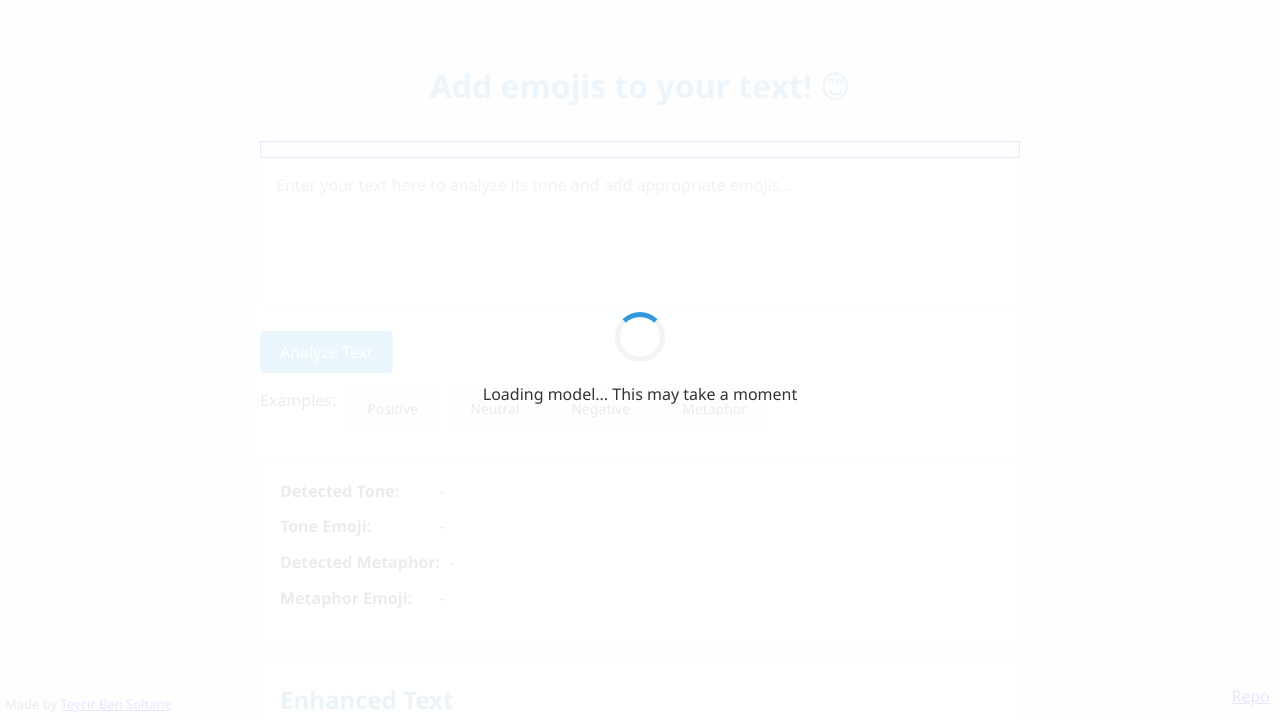
Repository: Teycir/emojiadder
Page: index.html
These files come from the project's save history. The page is drawn as it stood at one moment and after the next save; the edit follows.
The browser window is 1280 px wide. The pictures show the window.
A layer covers the whole window, so only the first screen is drawn.

Above is the page before, as saved 2025-03-23 11:54:50.

### index.html
<!DOCTYPE html>
<html lang="en">
<head>
    <meta charset="UTF-8">
    <meta name="viewport" content="width=device-width, initial-scale=1.0">
    <title>Text Tone Detector</title>
    <link rel="stylesheet" href="styles.css">
</head>
<body>
    <div class="container">
        <h1>Add emojis to your text! 😊</h1>
        <div style="border: 1px solid rgb(34, 0, 255);"> <!-- Added border for visualization -->
            <h2><center><We respect privacy your text stays in the browser</center></h2>
          </div>        <div class="input-section">
            <textarea id="text-input" placeholder="Enter your text here to analyze its tone and add appropriate emojis..."></textarea>
            <button id="analyze-btn">Analyze Text</button>
            <div class="examples">
                <p>Examples:</p>
                <button class="example-btn" data-text="I'm so happy with the results! This is amazing.">Positive</button>
                <button class="example-btn" data-text="This is just okay, nothing special.">Neutral</button>
                <button class="example-btn" data-text="I'm really disappointed with this service.">Negative</button>
                <button class="example-btn" data-text="The journey to success is like climbing a mountain.">Metaphor</button>
            </div>
        </div>

        <div class="result-section">
            <div class="result-card">
                <div class="result-item">
                    <div class="label">Detected Tone:</div>
                    <div id="tone-result" class="value">-</div>
                </div>
                <div class="result-item">
                    <div class="label">Tone Emoji:</div>
                    <div id="tone-emoji" class="value">-</div>
                </div>
                <div class="result-item">
                    <div class="label">Detected Metaphor:</div>
                    <div id="metaphor-result" class="value">-</div>
                </div>
                <div class="result-item">
                    <div class="label">Metaphor Emoji:</div>
                    <div id="metaphor-emoji" class="value">-</div>
                </div>
            </div>
            <div class="enhanced-text-card">
                <h2>Enhanced Text</h2>
                <div id="enhanced-text-result">-</div>
            </div>
        </div>

        <div class="loader-container" id="loader">
            <div class="loader"></div>
            <p>Loading model... This may take a moment</p>
        </div>
    </div>

    <!-- Note the type="module" to use ES modules (modules are deferred by default) -->
    <script type="module" src="./script.js"></script>
<div style="position: fixed; bottom: 0; left: 0; font-size: small; margin: 5px;">
  Made by <a href="https://www.teycirbensoltane.tn">Teycir Ben Soltane</a>
</div>
<a href="https://github.com/Teycir/emojiadder" style="position: fixed; bottom: 10px; right: 10px;">Repo</a>
</body>
</html>

### styles.css
* {
    margin: 0;
    padding: 0;
    box-sizing: border-box;
    font-family: 'Segoe UI', Tahoma, Geneva, Verdana, sans-serif;
}

body {
    background-color: #f5f7fa;
    color: #333;
    line-height: 1.6;
}

.container {
    max-width: 800px;
    margin: 40px auto;
    padding: 20px;
}

h1 {
    text-align: center;
    margin-bottom: 30px;
    color: #3498db;
}

h2 {
    color: #2980b9;
    margin-bottom: 15px;
}

.input-section {
    margin-bottom: 30px;
}

textarea {
    width: 100%;
    height: 150px;
    padding: 15px;
    border: 1px solid #ddd;
    border-radius: 8px;
    resize: none;
    font-size: 16px;
    margin-bottom: 15px;
    transition: border 0.3s;
}

textarea:focus {
    outline: none;
    border-color: #3498db;
}

button {
    background-color: #3498db;
    color: white;
    border: none;
    padding: 10px 20px;
    border-radius: 5px;
    cursor: pointer;
    font-size: 16px;
    transition: background-color 0.3s;
}

button:hover {
    background-color: #2980b9;
}

button:disabled {
    background-color: #95a5a6;
    cursor: not-allowed;
}

.result-section {
    display: flex;
    flex-direction: column;
    gap: 20px;
    margin-bottom: 30px;
}

.result-card, .enhanced-text-card {
    background-color: white;
    border-radius: 8px;
    padding: 20px;
    box-shadow: 0 4px 6px rgba(0, 0, 0, 0.1);
}

.result-item {
    margin-bottom: 10px;
    display: flex;
    align-items: center;
}

.label {
    font-weight: bold;
    margin-right: 10px;
    min-width: 150px;
}

#enhanced-text-result {
    padding: 15px;
    background-color: #f9f9f9;
    border-radius: 5px;
    font-size: 18px;
    min-height: 60px;
    line-height: 1.5;
}

.examples-section {
    margin-top: 30px;
}

.examples {
    display: flex;
    flex-wrap: wrap;
    gap: 10px;
    margin-top: 15px;
}

.example-btn {
    background-color: #f0f0f0;
    color: #333;
    border: 1px solid #ddd;
    font-size: 14px;
}

.example-btn:hover {
    background-color: #e0e0e0;
}

/* Tone colors */
.positive {
    color: #27ae60;
}

.neutral {
    color: #f39c12;
}

.negative {
    color: #e74c3c;
}

/* Loader Styles */
.loader-container {
    position: fixed;
    top: 0;
    left: 0;
    width: 100%;
    height: 100%;
    background-color: rgba(255, 255, 255, 0.9);
    display: flex;
    flex-direction: column;
    justify-content: center;
    align-items: center;
    z-index: 1000;
}

.loader {
    border: 5px solid #f3f3f3;
    border-top: 5px solid #3498db;
    border-radius: 50%;
    width: 50px;
    height: 50px;
    animation: spin 1s linear infinite;
    margin-bottom: 20px;
}

@keyframes spin {
    0% { transform: rotate(0deg); }
    100% { transform: rotate(360deg); }
}

/* Responsive design */
@media (max-width: 600px) {
    .container {
        padding: 15px;
        margin: 20px auto;
    }

    .result-item {
        flex-direction: column;
        align-items: flex-start;
    }

    .label {
        margin-bottom: 5px;
    }

    .examples {
        flex-direction: column;
    }
}

### script.js
import TextToneDetector from './TextToneDetector.js';

// DOM event listeners
document.addEventListener('DOMContentLoaded', () => {
  console.log('DOM content loaded, initializing application');

  // DOM elements
  const textInput = document.getElementById('text-input');
  const analyzeBtn = document.getElementById('analyze-btn');
  const toneResult = document.getElementById('tone-result');
  const toneEmoji = document.getElementById('tone-emoji');
  const metaphorResult = document.getElementById('metaphor-result');
  const metaphorEmoji = document.getElementById('metaphor-emoji');
  const enhancedTextResult = document.getElementById('enhanced-text-result');
  const exampleBtns = document.querySelectorAll('.example-btn');
  const loader = document.getElementById('loader');

  // Disable analyze button until model loads
  analyzeBtn.disabled = true;

  // Make sure the loader is visible
  loader.style.display = 'flex';

  // Create detector instance
  console.log('Creating TextToneDetector instance');
  const toneDetector = new TextToneDetector();

  // Add event listener to limit textarea to 400 lines and alert if exceeded
  textInput.addEventListener('input', function() {
    const lines = this.value.split('\n');
    if (lines.length > 400) {
      alert("400 max lines allowed!");
      this.value = lines.slice(0, 400).join('\n');
    }
  });

  // Analyze text function
  async function analyzeText() {
    const text = textInput.value.trim();

    if (!text) {
      alert('Please enter some text to analyze.');
      return;
    }

    // Show loading indicator
    analyzeBtn.disabled = true;
    analyzeBtn.textContent = 'Analyzing...';

    try {
      const result = await toneDetector.analyze(text);

      // Display results
      toneResult.textContent = result.tone.charAt(0).toUpperCase() + result.tone.slice(1);
      toneResult.className = result.tone;

      toneEmoji.textContent = result.toneEmoji || 'None';

      metaphorResult.textContent = result.metaphor
        ? result.metaphor.charAt(0).toUpperCase() + result.metaphor.slice(1)
        : 'None detected';

      metaphorEmoji.textContent = result.metaphorEmoji || 'None';

      enhancedTextResult.textContent = result.enhancedText;
    } catch (error) {
      console.error('Error in analysis:', error);
      enhancedTextResult.textContent = 'An error occurred during analysis. Please try again.';
    } finally {
      // Reset button
      analyzeBtn.disabled = false;
      analyzeBtn.textContent = 'Analyze Text';
    }
  }

  // Event listeners
  analyzeBtn.addEventListener('click', analyzeText);

  textInput.addEventListener('keydown', function(e) {
    if (e.key === 'Enter' && e.ctrlKey) {
      analyzeText();
    }
  });

  // Example buttons
  exampleBtns.forEach(btn => {
    btn.addEventListener('click', function() {
      const exampleText = this.getAttribute('data-text');
      textInput.value = exampleText;
      analyzeText();
    });
  });

  // Initial instructions
  enhancedTextResult.textContent = 'Enter text and click "Analyze Text" to see the enhanced result with emojis.';
});

### TextToneDetector.js
import SentimentModel from './models/SentimentModel.js';
import MetaphorUtils from './utils/MetaphorUtils.js';
import EmojiUtils from './utils/EmojiUtils.js';

/**
 * Main class for text tone detection
 */
class TextToneDetector {
  constructor() {
    console.log('TextToneDetector constructor called');

    // Initialize components
    this.sentimentModel = new SentimentModel();
    this.metaphorUtils = new MetaphorUtils();
    this.emojiUtils = new EmojiUtils();

    // Model loading status
    this.isModelLoaded = false;

    // Initialize model
    this.initializeModel();
  }

  async initializeModel() {
    try {
      console.log('TextToneDetector: Initializing sentiment model');
      await this.sentimentModel.initialize();
      this.isModelLoaded = true;

      console.log('TextToneDetector: Model loaded successfully');

      // Hide loader when model is loaded
      const loader = document.getElementById('loader');
      if (loader) {
        loader.style.display = 'none';
        console.log('Loader hidden');
      } else {
        console.warn('Loader element not found');
      }

      // Enable analyze button
      const analyzeBtn = document.getElementById('analyze-btn');
      if (analyzeBtn) {
        analyzeBtn.disabled = false;
        console.log('Analyze button enabled');
      } else {
        console.warn('Analyze button not found');
      }
    } catch (error) {
      console.error('Error initializing model:', error);

      // Show error in the UI
      const loader = document.getElementById('loader');
      if (loader) {
        loader.innerHTML = `
          <div class="error">
            <p>Error loading model: ${error.message}</p>
            <p>Please refresh the page to try again.</p>
          </div>
        `;
      }
    }
  }

  // Analyze text and return tone with emojis
  async analyze(text) {
    if (!this.isModelLoaded) {
      return {
        originalText: text,
        tone: 'unknown',
        toneEmoji: '',
        metaphor: null,
        metaphorEmoji: '',
        enhancedText: text
      };
    }

    try {
      // Split text into paragraphs
      const paragraphs = text.split(/\n+/);
      let enhancedParagraphs = [];

      for (const paragraph of paragraphs) {
        if (!paragraph.trim()) {
          enhancedParagraphs.push('');
          continue;
        }

        // Split paragraph into sentences
        // This regex matches sentence endings: period, question mark, or exclamation mark followed by a space or end of string
        const sentences = paragraph.match(/[^.!?]+[.!?]+(\s|$)/g) || [paragraph];
        let enhancedParagraph = '';

        for (const sentence of sentences) {
          // Get sentiment from model for each sentence
          const sentimentOutput = await this.sentimentModel.analyze(sentence);

          // Determine tone based on model output
          let tone;
          if (sentimentOutput.label === 'POSITIVE') {
            tone = 'positive';
          } else if (sentimentOutput.label === 'NEGATIVE') {
            tone = 'negative';
          } else {
            tone = 'neutral';
          }

          // Find metaphors in sentence
          const words = sentence.toLowerCase().split(/\s+/);
          const metaphor = this.metaphorUtils.findMetaphor(words);

          // Get emojis for tone and metaphor
          const toneEmoji = this.emojiUtils.getToneEmoji(tone);
          const metaphorEmoji = this.emojiUtils.getMetaphorEmoji(metaphor);

          // Add emoji after the sentence's ending punctuation but before any trailing space
          const emojiString = `${toneEmoji} ${metaphorEmoji}`.trim();
          // This regex captures the end punctuation and any trailing space
          const enhancedSentence = sentence.replace(/([.!?]+)(\s|$)/, `$1 ${emojiString}$2`);
          enhancedParagraph += enhancedSentence;
        }

        enhancedParagraphs.push(enhancedParagraph);
      }

      const enhancedText = enhancedParagraphs.join('\n');

      // For the overall tone and metaphor, analyze the complete text
      const overallSentimentOutput = await this.sentimentModel.analyze(text);
      let overallTone;
      if (overallSentimentOutput.label === 'POSITIVE') {
        overallTone = 'positive';
      } else if (overallSentimentOutput.label === 'NEGATIVE') {
        overallTone = 'negative';
      } else {
        overallTone = 'neutral';
      }

      const words = text.toLowerCase().split(/\s+/);
      const overallMetaphor = this.metaphorUtils.findMetaphor(words);

      const toneEmoji = this.emojiUtils.getToneEmoji(overallTone);
      const metaphorEmoji = this.emojiUtils.getMetaphorEmoji(overallMetaphor);

      return {
        originalText: text,
        tone: overallTone,
        toneEmoji: toneEmoji,
        metaphor: overallMetaphor,
        metaphorEmoji: metaphorEmoji,
        enhancedText: enhancedText
      };
    } catch (error) {
      console.error('Error analyzing text:', error);
      return {
        originalText: text,
        tone: 'error',
        toneEmoji: '❓',
        metaphor: null,
        metaphorEmoji: '',
        enhancedText: text + ' ❓'
      };
    }
  }
}

export default TextToneDetector;

### models/SentimentModel.js
// Import the pipeline directly from the Transformers library
import { pipeline } from 'https://cdn.jsdelivr.net/npm/@xenova/transformers@2.14.0/dist/transformers.min.js';

/**
 * Handles sentiment analysis using Transformers.js
 * Implements caching to avoid reloading the model
 */
class SentimentModel {
  // Static properties for caching
  static instance = null;
  static pipelineInstance = null;
  static isInitializing = false;
  static initPromise = null;

  constructor() {
    this.isLoaded = SentimentModel.pipelineInstance !== null;
    this.pipeline = SentimentModel.pipelineInstance;

    console.log('SentimentModel constructor called, cached:', this.isLoaded);

    // Return existing instance if available
    if (SentimentModel.instance) {
      console.log('Returning cached SentimentModel instance');
      return SentimentModel.instance;
    }

    // Store this instance as the singleton
    SentimentModel.instance = this;
  }

  /**
   * Initialize the sentiment analysis model
   * @returns {Promise} Resolves when model is loaded
   */
  async initialize() {
    // If model is already loaded, return immediately
    if (this.isLoaded) {
      console.log('Model already loaded, using cached instance');
      return Promise.resolve(true);
    }

    // If initialization is in progress, return the existing promise
    if (SentimentModel.isInitializing) {
      console.log('Model initialization already in progress, waiting...');
      return SentimentModel.initPromise;
    }

    // Create a new initialization promise
    SentimentModel.isInitializing = true;
    SentimentModel.initPromise = new Promise(async (resolve, reject) => {
      try {
        console.log('Starting to initialize sentiment model');

        try {
          console.log('Initializing sentiment model');

          // Initialize the sentiment analysis pipeline
          console.log('Loading sentiment analysis model...');
          SentimentModel.pipelineInstance = await pipeline('sentiment-analysis', 'Xenova/distilbert-base-uncased-finetuned-sst-2-english');
          console.log('Sentiment analysis model loaded successfully');

          // Update instance properties
          this.pipeline = SentimentModel.pipelineInstance;
          this.isLoaded = true;

          resolve(true);
        } catch (innerError) {
          console.error('Error in Transformers initialization:', innerError);
          SentimentModel.isInitializing = false;
          reject(innerError);
        }
      } catch (error) {
        console.error('Error initializing model:', error);
        SentimentModel.isInitializing = false;
        reject(error);
      }
    });

    return SentimentModel.initPromise;
  }

  /**
   * Analyze text sentiment
   * @param {string} text - Text to analyze
   * @returns {Object} Sentiment result
   */
  async analyze(text) {
    if (!this.isLoaded) {
      throw new Error('Model not loaded yet');
    }

    try {
      const result = await this.pipeline(text);
      return result[0];
    } catch (error) {
      console.error('Error in sentiment analysis:', error);
      throw error;
    }
  }
}

export default SentimentModel;

### utils/EmojiUtils.js
/**
 * Provides emoji-related functionality
 */
class EmojiUtils {
    constructor() {
      // Metaphor emoji mappings
      this.metaphorEmojis = {
        speed: ['🚀', '⚡', '💨', '🏃‍♂️'],
        strength: ['💪', '🦾', '🦁', '🐂'],
        growth: ['🌱', '🌳', '📈', '⬆️'],
        time: ['⏰', '⌛', '🕒', '📅'],
        money: ['💰', '💵', '💸', '💲'],
        success: ['🏆', '🥇', '🎖️', '🔝'],
        failure: ['👎', '📉', '❌', '💥'],
        idea: ['💡', '✨', '🧠', '🤔'],
        communication: ['💬', '📣', '📱', '✉️'],
        love: ['❤️', '💕', '💘', '🌹'],
        journey: ['🛣️', '🧭', '🧳', '🚶‍♂️'],
        competition: ['🏁', '🥊', '⚔️', '🎯'],
        health: ['🏥', '💊', '🩺', '🫀'],
        technology: ['📱', '💻', '🤖', '⚙️'],
        education: ['📚', '🎓', '✏️', '🧮'],
        nature: ['🌿', '🌳', '🌊', '🏔️'],
        celebration: ['🎉', '🎊', '🥂', '🎈']
      };

      // Tone emoji mappings
      this.toneEmojis = {
        positive: ['😊', '😄', '🥰', '✨', '👍', '🙌'],
        neutral: ['😐', '🤔', '🧐', '📝', '🔍', '💭'],
        negative: ['😔', '😢', '😞', '😠', '👎', '💔']
      };
    }

    /**
     * Get random emoji from a list
     * @param {Array} emojiList - List of emojis to choose from
     * @returns {string} - Random emoji
     */
    getRandomEmoji(emojiList) {
      if (!emojiList || emojiList.length === 0) {
        return '';
      }
      const randomIndex = Math.floor(Math.random() * emojiList.length);
      return emojiList[randomIndex];
    }

    /**
     * Get emoji for a tone
     * @param {string} tone - Tone to get emoji for
     * @returns {string} - Emoji
     */
    getToneEmoji(tone) {
      return this.getRandomEmoji(this.toneEmojis[tone] || []);
    }

    /**
     * Get emoji for a metaphor
     * @param {string} metaphor - Metaphor to get emoji for
     * @returns {string} - Emoji
     */
    getMetaphorEmoji(metaphor) {
      return metaphor ? this.getRandomEmoji(this.metaphorEmojis[metaphor] || []) : '';
    }
  }

  export default EmojiUtils;

Loaded but not shown: utils/MetaphorUtils.js (330 lines, source omitted)

After the next save:
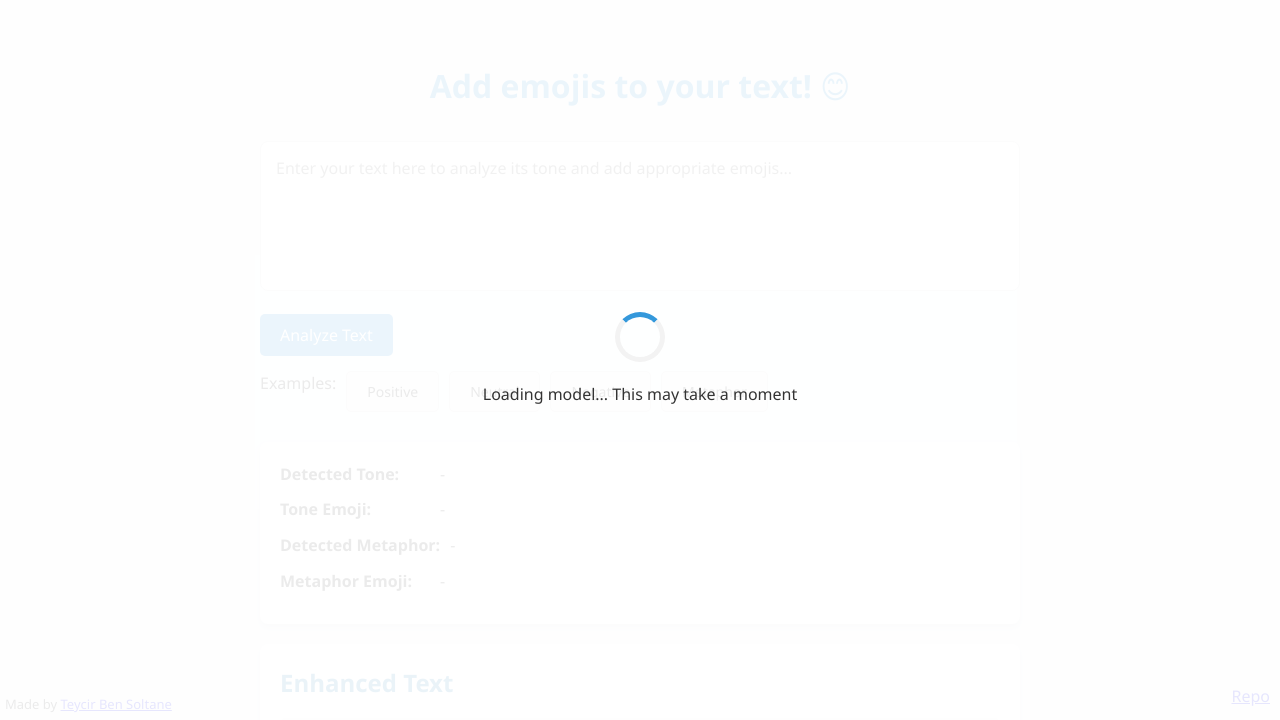
Saved 33 s later.
--- a/index.html
+++ b/index.html
@@ -9,9 +9,9 @@
 <body>
     <div class="container">
         <h1>Add emojis to your text! 😊</h1>
-        <div style="border: 1px solid rgb(34, 0, 255);"> <!-- Added border for visualization -->
+
             <h2><center><We respect privacy your text stays in the browser</center></h2>
-          </div>        <div class="input-section">
+                <div class="input-section">
             <textarea id="text-input" placeholder="Enter your text here to analyze its tone and add appropriate emojis..."></textarea>
             <button id="analyze-btn">Analyze Text</button>
             <div class="examples">
